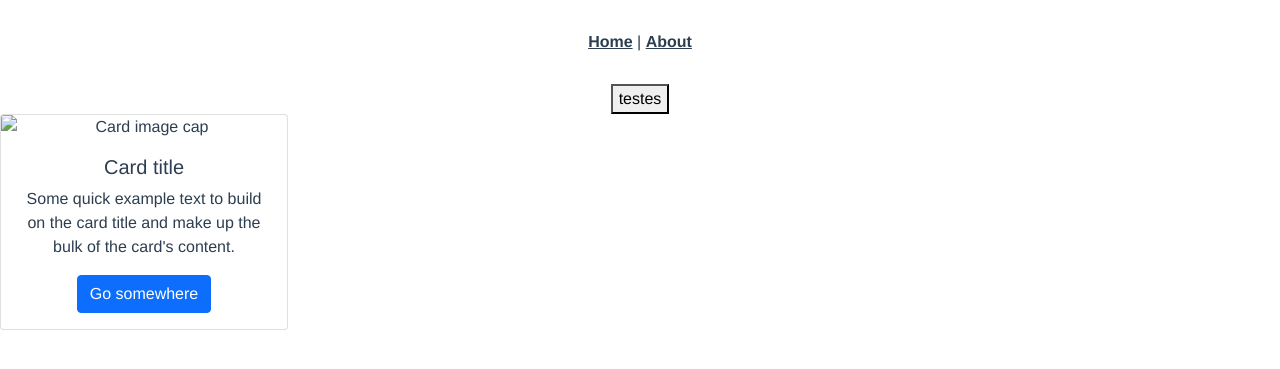
Repository: caiomitsuo/ContactsVueJs
Page: /lista
An editor plug-in stored every save of this project. The page is shown before and after the next save, followed by the edit.
The browser window is 1280 px wide. The pictures show the whole page.
The page's requests for data from a server got no answer. The project was rebuilt for these pictures with package versions that can differ from the ones it lists, and the page was loaded fresh each time. No one was signed in, and anything a server would have sent is missing. Also part of the build but not shown: vue.config.js, src/components/HelloWorld.vue, src/views/HomeView.vue.

Above is the page before, as saved 2022-04-30 12:25:23.

### src/main.js
import Vue from 'vue'
import App from './App.vue'
import router from './router'
import store from './store'
import { BootstrapVue, IconsPlugin } from 'bootstrap-vue'
import './plugins/axios'

// Import Bootstrap and BootstrapVue CSS files (order is important)
import 'bootstrap/dist/css/bootstrap.css'
import 'bootstrap-vue/dist/bootstrap-vue.css'

// Make BootstrapVue available throughout your project
Vue.use(BootstrapVue)
// Optionally install the BootstrapVue icon components plugin
Vue.use(IconsPlugin)

Vue.config.productionTip = false

new Vue({
  router,
  store,
  render: h => h(App)
}).$mount('#app')

### src/App.vue
<template>
  <div id="app">
    <nav>
      <router-link to="/">Home</router-link> |
      <router-link to="/about">About</router-link>
    </nav>
    <router-view/>
  </div>
</template>
<script>
export default ({
  created() {
    this.$http.get('/ping').then((response) => {
      console.log(response)
    })
  },
})
</script>
<style>
#app {
  font-family: Avenir, Helvetica, Arial, sans-serif;
  -webkit-font-smoothing: antialiased;
  -moz-osx-font-smoothing: grayscale;
  text-align: center;
  color: #2c3e50;
}

nav {
  padding: 30px;
}

nav a {
  font-weight: bold;
  color: #2c3e50;
}

nav a.router-link-exact-active {
  color: #42b983;
}
</style>

### src/router/index.js
import Vue from 'vue'
import VueRouter from 'vue-router'
import HomeView from '../views/HomeView.vue'
import ListView from '../views/ListView.vue'
Vue.use(VueRouter)

const routes = [
  {
    path: '/',
    name: 'home',
    component: HomeView
  },
  {
    path: '/about',
    name: 'about',
    // route level code-splitting
    // this generates a separate chunk (about.[hash].js) for this route
    // which is lazy-loaded when the route is visited.
    component: () => import(/* webpackChunkName: "about" */ '../views/AboutView.vue')
  },
  {
    path: '/lista',
    name: 'lista',
    component:ListView
  }
]

const router = new VueRouter({
  mode: 'history',
  base: process.env.BASE_URL,
  routes
})

export default router

### src/plugins/axios.js
import Vue from 'vue'
import axios from 'axios'

axios.defaults.baseURL = 'http://127.0.0.1:8000/api/'

Vue.use({
    install(Vue){
        Vue.prototype.$http = axios
    }
})

### src/views/ListView.vue
<template>
  <div>
    <button>testes</button>
    <div class="card" style="width: 18rem;">
         <img class="card-img-top"  alt="Card image cap">
        <div class="card-body">
    <h5 class="card-title">Card title</h5>
    <p class="card-text">Some quick example text to build on the card title and make up the bulk of the card's content.</p>
    <a href="#" class="btn btn-primary">Go somewhere</a>
  </div>
    </div>
  </div>
</template>

<script>
export default {};
</script>

<style lang="scss" scoped>
</style>

Loaded but not shown: public/index.html (common file); src/store/index.js (common file)

After the next save:
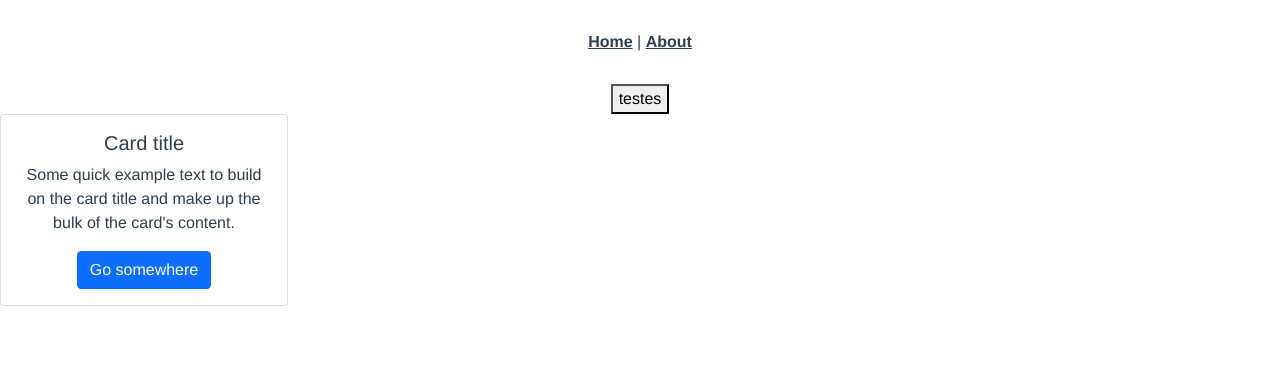
Saved 9 s later.
--- a/src/views/ListView.vue
+++ b/src/views/ListView.vue
@@ -2,7 +2,7 @@
   <div>
     <button>testes</button>
     <div class="card" style="width: 18rem;">
-         <img class="card-img-top"  alt="Card image cap">
+         <img class="card-img-top">
         <div class="card-body">
     <h5 class="card-title">Card title</h5>
     <p class="card-text">Some quick example text to build on the card title and make up the bulk of the card's content.</p>
